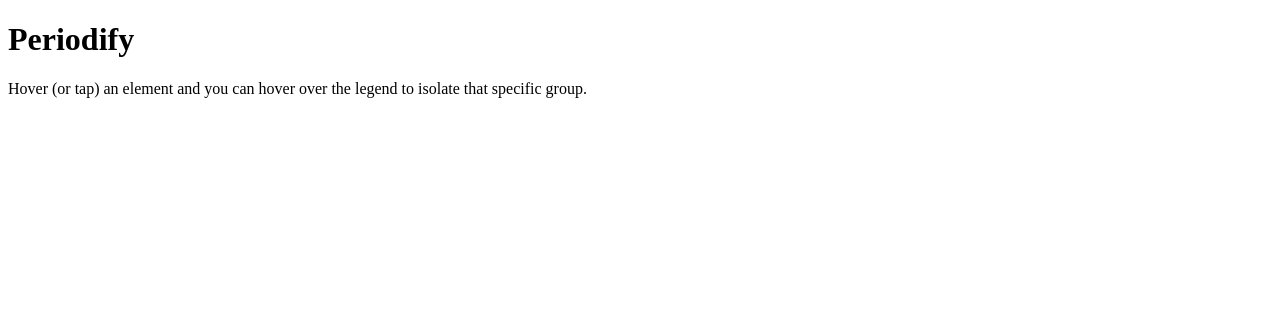
Repository: manayparikh1/Periodify
Page: index.html
An editor plug-in stored every save of this project. The page is shown before and after the next save, followed by the edit.
The browser window is 1280 px wide. The pictures show the whole page.

Above is the page before, as saved 2026-10-11 20:35:34.

### index.html
<!DOCTYPE html>
<html lang="en">

<head>
    <meta charset="UTF-8">
    <meta name="viewport" content="width=device-width, initial-scale=1.0">
    <title>Periodify</title>
</head>

<body>
    <!-- === HTML STARTS here===-->
    <header>
        <h1>Period<span>ify</span></h1>
        <p>Hover (or tap) an element and you can hover over the legend to isolate that specific group.</p>
    </header>
    <!-- === Legend === -->

</body>
















































<style>
    /* the colours */

    :root {
        --bg: #dedfdde9;
        --text: #1c1919;
        --card: #f5f5f5;
        --muted: #a9a9a9;

        --am: #4fa75f;
        /*Alkali metals*/
        --ml: #96773a;
        /*alkaline earth metals*/
        --ac: #765545;
        /*transition metals*/
        --aem: #ffb;
        /*post transition metals*/
        --rnm: rgb(104, 117, 238);
        /*metalloids*/
        --ptt: rgb(189, 153, 210);
        /*halogens*/
        --nm: rgb(234, 121, 121);
        /*non metals*/
        --hl: #bf9b9b;
        /*noble gases*/
        --ng: #f48fb1;
        /*actinades */
        --la: #c0df9d;
        /*lanthanides */

        --wobble: 255px 15px 225px 15px / 15px 225px 15px 255px;
        /*drawn by hand design not accurate rn*/

    }

After the next save:
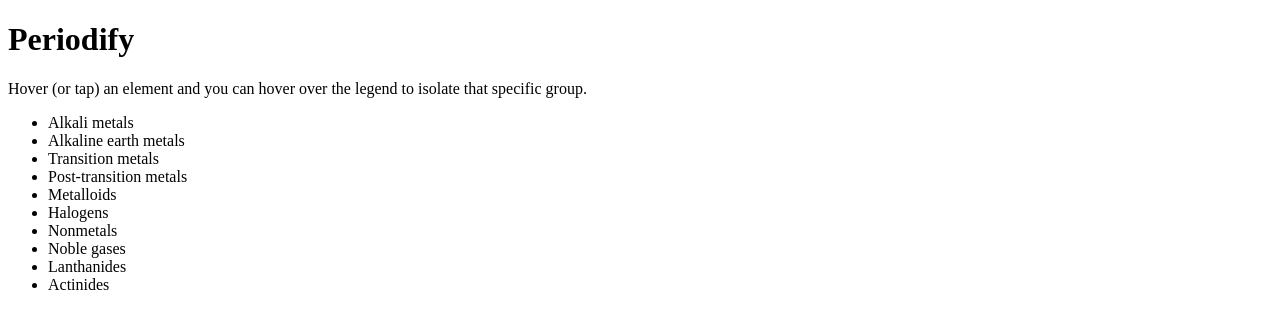
Saved 5 min 12 s later.
--- a/index.html
+++ b/index.html
@@ -14,8 +14,20 @@
         <p>Hover (or tap) an element and you can hover over the legend to isolate that specific group.</p>
     </header>
     <!-- === Legend === -->
+    <ul class="legend">
+        <li class="l-am" style="--c: var(--am);">Alkali metals</li>
+        <li class="l-aem" style="--c: var(--aem);">Alkaline earth metals</li>
+        <li class="l-tm" style="--c: var(--ac);">Transition metals</li>
+        <li class="l-ptm" style="--c: var(--aem);">Post-transition metals</li>
+        <li class="l-m" style="--c: var(--rnm);">Metalloids</li>
+        <li class="l-hg" style="--c: var(--ptt);">Halogens</li>
+        <li class="l-nm" style="--c: var(--nm);">Nonmetals</li>
+        <li class="l-ng" style="--c: var(--hl);">Noble gases</li>
+        <li class="l-la" style="--c: var(--la);">Lanthanides</li>
+        <li class="l-aa" style="--c: var(--ng);">Actinides</li>
+    </ul>
+</body>
 
-</body>
 
 
 
